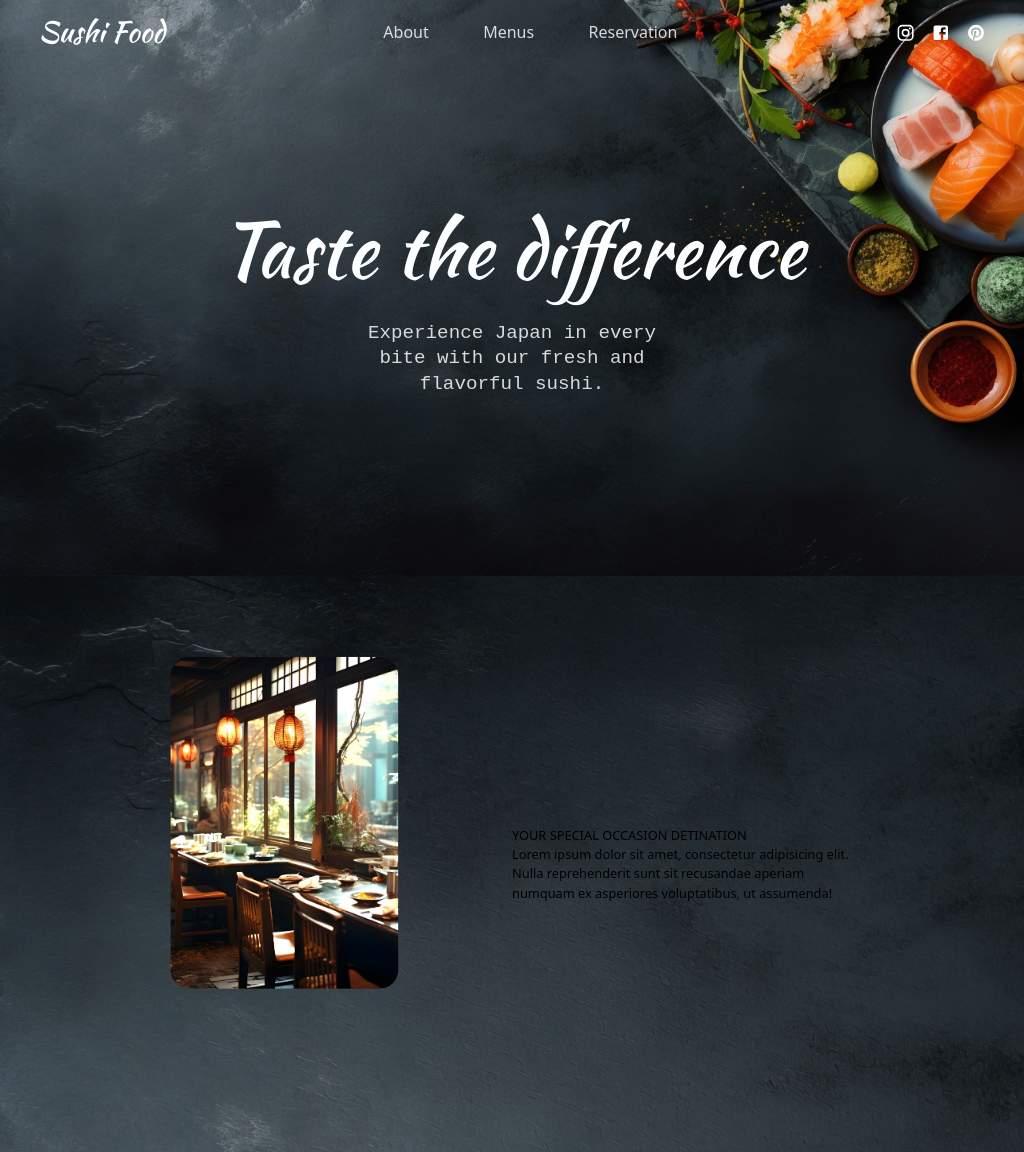
Repository: Adrien-legeleu/sushi-food
Page: /
An editor plug-in stored every save of this project. The page is shown before and after the next save, followed by the edit.
The browser window is 1280 px wide. The pictures show the whole page, at 80% of full size.
Some web fonts or font styles are not loaded; a fallback is used. The project was rebuilt for these pictures with package versions that can differ from the ones it lists, and the page was loaded fresh each time. Also part of the build but not shown: vite.config.ts.

Above is the page before, as saved 2024-04-29 19:43:42.

After the next save:
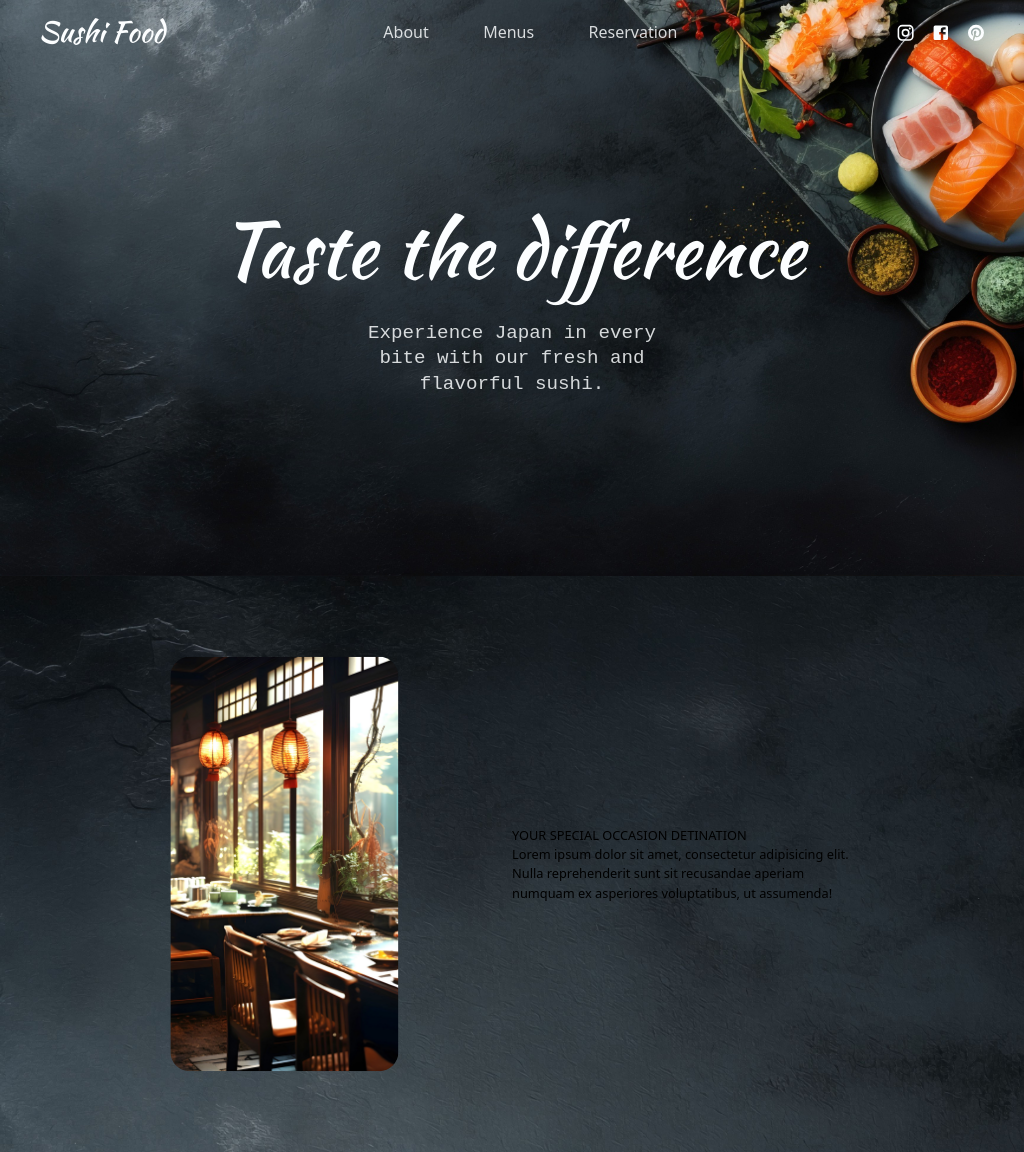
Saved 6 s later.
--- a/src/Components/About.tsx
+++ b/src/Components/About.tsx
@@ -6,7 +6,7 @@ export const About =()=>{
             </div> */}
             <div className="flex items-center w-2/3 h-[90%] ">
                 <div className="flex-1 h-[80%]">
-                    <img className="w-2/3 h-[80%] rounded-3xl object-cover" src="./picture.jpeg" alt="" />
+                    <img className="w-2/3 h-full rounded-3xl object-cover" src="./picture.jpeg" alt="" />
                 </div>
                 <div className="flex-1">
                     <h4>YOUR SPECIAL OCCASION DETINATION</h4>
